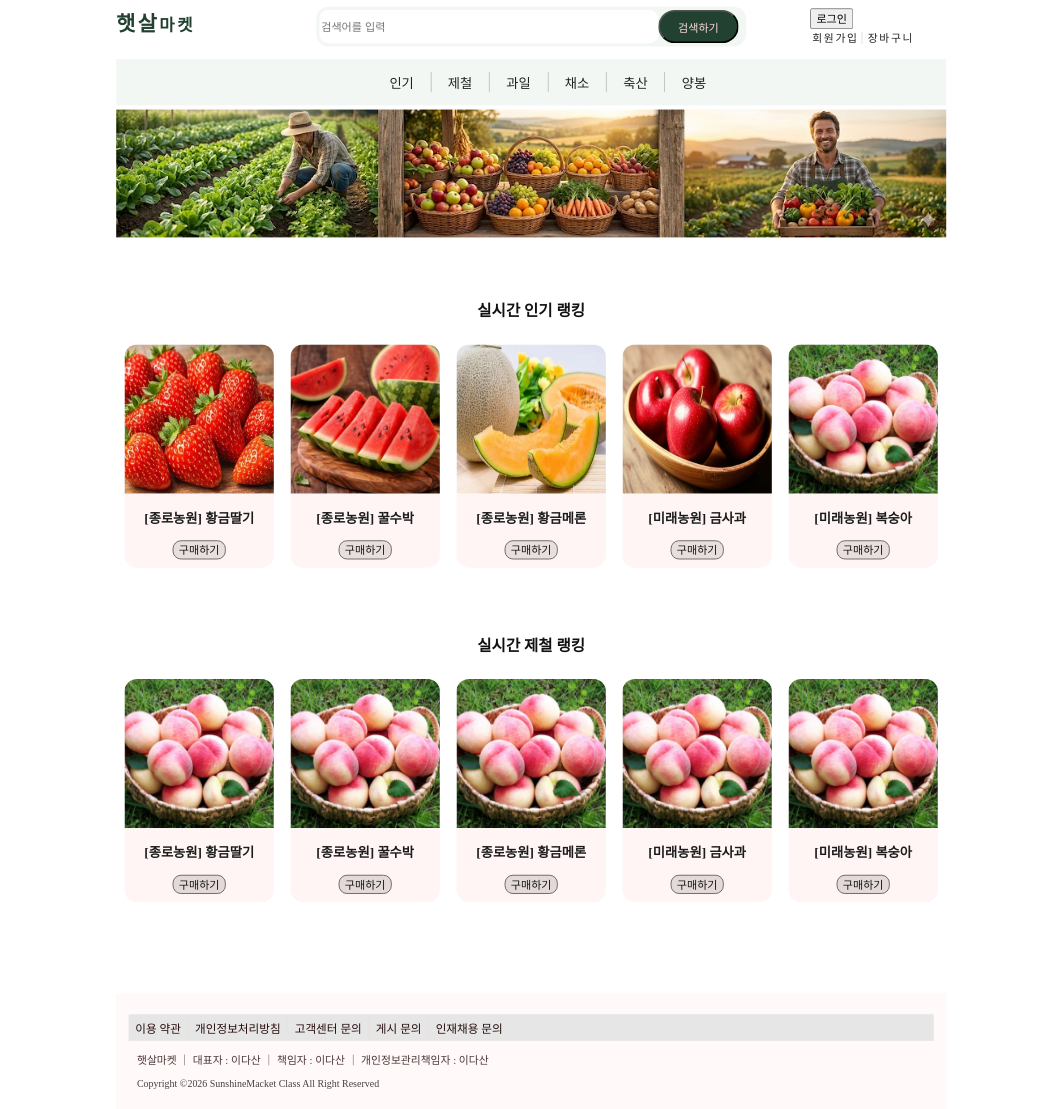
Repository: ham-zi/front-practice
Page: http://localhost/marketfresh/
These files come from the project's save history. The page is drawn as it stood at one moment and after the next save; the edit follows.
The browser window is 1280 px wide. The pictures show the whole page, at 83% of full size.
The page is served by Tomcat 9. Nobody is signed in. The application's start-up code is not run.

Above is the page before, as saved 2026-05-07 10:41:38.

After the next save:
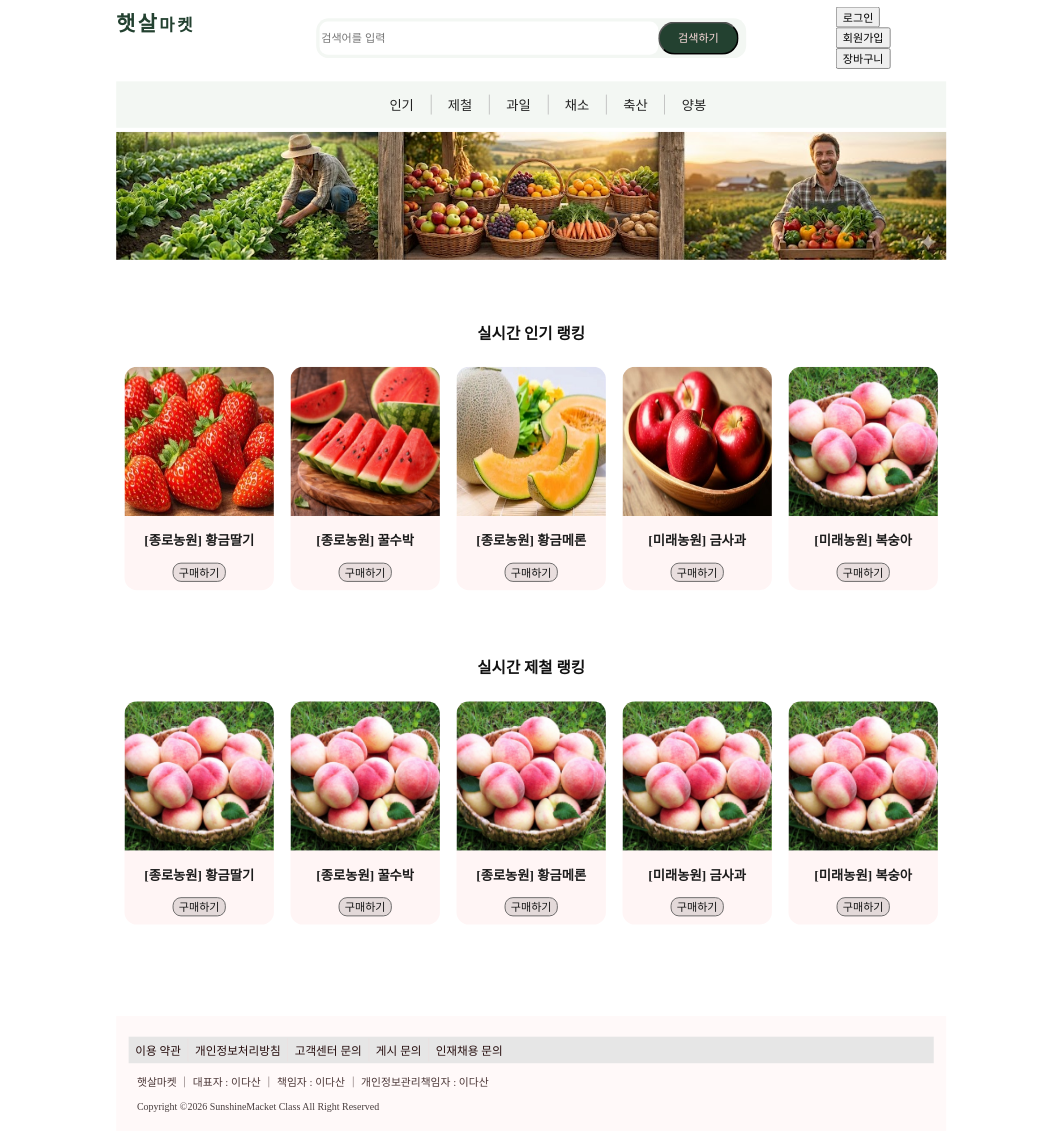
Saved 33 s later.
--- a/MINI_WEB-workspace/marketfresh/src/main/webapp/index.jsp
+++ b/MINI_WEB-workspace/marketfresh/src/main/webapp/index.jsp
@@ -99,11 +99,15 @@
 
             <div id="header_3">
                 <div id="util">
-                	<form method="post" action="/enroll.do">
+                	<form method="post" action="">
                     	<button type="submit">로그인</button>
                 	</form>
-                    <a href="#">회원가입</a>
-                    <a href="#">장바구니</a>
+                	<form method="post" action="/enroll.do">
+                    	<button type="submit">회원가입</button>
+                	</form>
+                	<form method="" action="">
+                    	<button type="submit">장바구니</button>
+                	</form>
                 </div>
             </div>
         </header>
